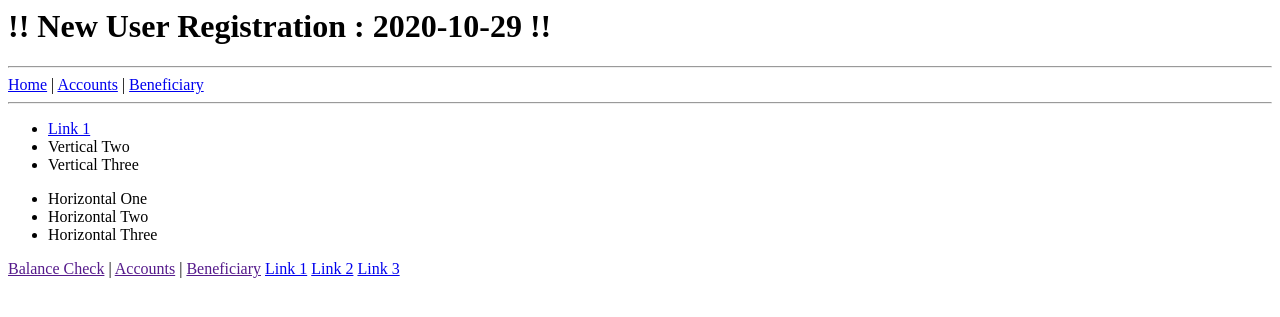
Repository: anik84/ibs
Page: http://localhost/IBS/user_accounts.jsp
These files come from the project's save history. The page is drawn as it stood at one moment and after the next save; the edit follows.
The browser window is 1280 px wide. The pictures show the whole page.
The page is served by Tomcat 9. Other server files are loaded and not shown.

Above is the page before, as saved 2020-10-29 07:55:21.

### IBS_JSPs/IBS/WebContent/user_accounts.jsp
<%@page import="java.time.LocalDate"%>
<html>
<head>
<title>new user registration</title>
</head>
<body>
	<h1>
		!! New User Registration :
		<%=LocalDate.now()%>
		!!
	</h1>
	<jsp:include page="user_home_menu.jsp" />
	<ul>
		<li class="vertical" ><a class="vertical" href="#">Link 1</a></li>
		<li class="vertical">Vertical Two</li>
		<li class="vertical">Vertical Three</li>
	</ul>
	<ul>
		<li class="horizontal">Horizontal One</li>
		<li class="horizontal">Horizontal Two</li>
		<li class="horizontal">Horizontal Three</li>
	</ul>

		<a href="">Balance Check</a>
		<span> | </span>
		<a href="">Accounts</a>
		<span> | </span>
		<a href="">Beneficiary</a>

		<a class="vertical" href="#">Link 1</a>
	    <a class="horizontal" href="#">Link 2</a>
	    <a class="horizontal" href="#">Link 3</a>


</body>
</html>

### IBS_JSPs/IBS/WebContent/user_home_menu.jsp
<nav>
	<hr />
	 <a href="user_home.jsp">Home</a>
	 <span> | </span>
	 <a href="user_accounts.jsp">Accounts</a>
	 <span> | </span>
	 <a href="user_benificiary.jsp">Beneficiary</a>
	<hr />
</nav>

After the next save:
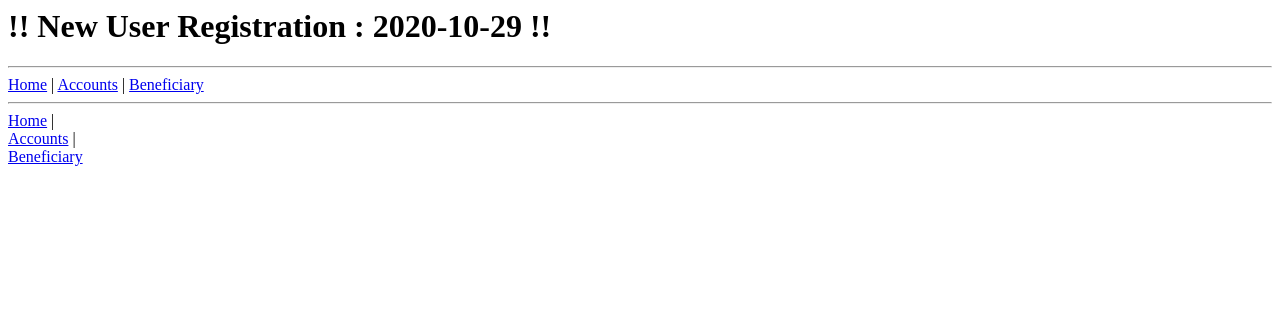
Saved 2 min 38 s later.
--- a/IBS_JSPs/IBS/WebContent/user_accounts.jsp
+++ b/IBS_JSPs/IBS/WebContent/user_accounts.jsp
@@ -10,27 +10,11 @@
 		!!
 	</h1>
 	<jsp:include page="user_home_menu.jsp" />
-	<ul>
-		<li class="vertical" ><a class="vertical" href="#">Link 1</a></li>
-		<li class="vertical">Vertical Two</li>
-		<li class="vertical">Vertical Three</li>
-	</ul>
-	<ul>
-		<li class="horizontal">Horizontal One</li>
-		<li class="horizontal">Horizontal Two</li>
-		<li class="horizontal">Horizontal Three</li>
-	</ul>
-
-		<a href="">Balance Check</a>
-		<span> | </span>
-		<a href="">Accounts</a>
-		<span> | </span>
-		<a href="">Beneficiary</a>
-
-		<a class="vertical" href="#">Link 1</a>
-	    <a class="horizontal" href="#">Link 2</a>
-	    <a class="horizontal" href="#">Link 3</a>
-
+	<a href="user_home.jsp">Home</a>
+	 <span> | </span><br />
+	 <a href="user_accounts.jsp">Accounts</a>
+	 <span> | </span><br />
+	 <a href="user_benificiary.jsp">Beneficiary</a>
 
 </body>
 </html>
